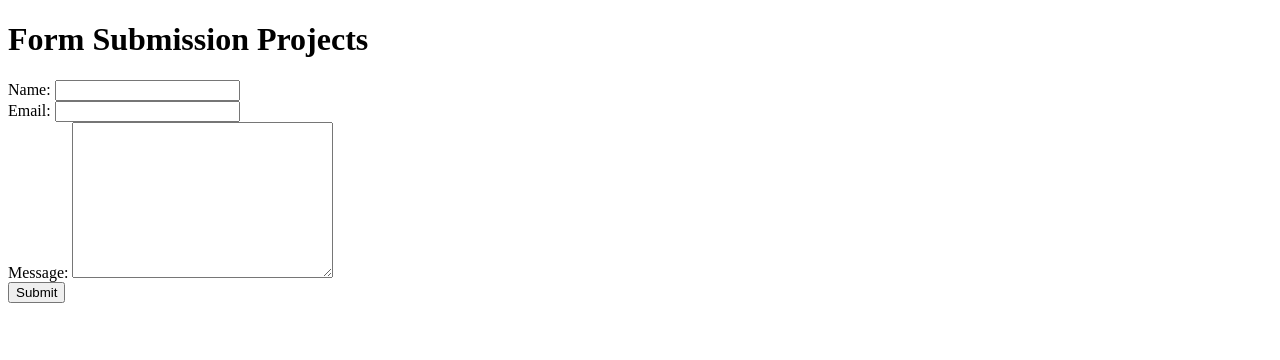
Repository: labib108/ostad-php
Page: projects/formSubmission/index.html
The author's editor kept a copy of each file at every save. The page is drawn from the files as they stood at one save, then again after the next save.
The browser window is 1280 px wide. The pictures show the whole page.

Above is the page before, as saved 2023-03-21 13:28:30.

After the next save:
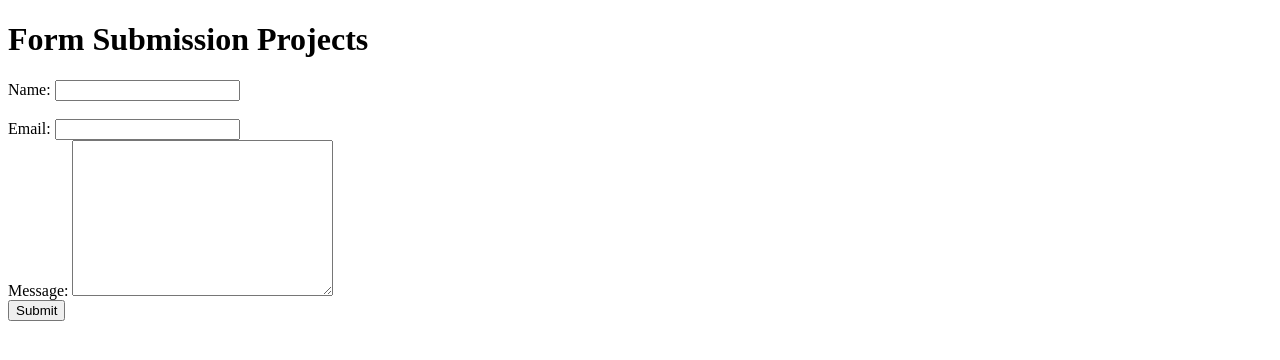
Saved 2 min 18 s later.
--- a/projects/formSubmission/index.html
+++ b/projects/formSubmission/index.html
@@ -10,7 +10,7 @@
     <h1>Form Submission Projects</h1>
     <form action="submit.php" method="post">
         <label for="name">Name:</label>
-        <input type="text" name="name" id="name"><br>
+        <input type="text" name="name" id="name"><br><br>
         <label for="email">Email:</label>
         <input type="email" name="email" id="email"><br>
         <label for="message">Message:</label>
